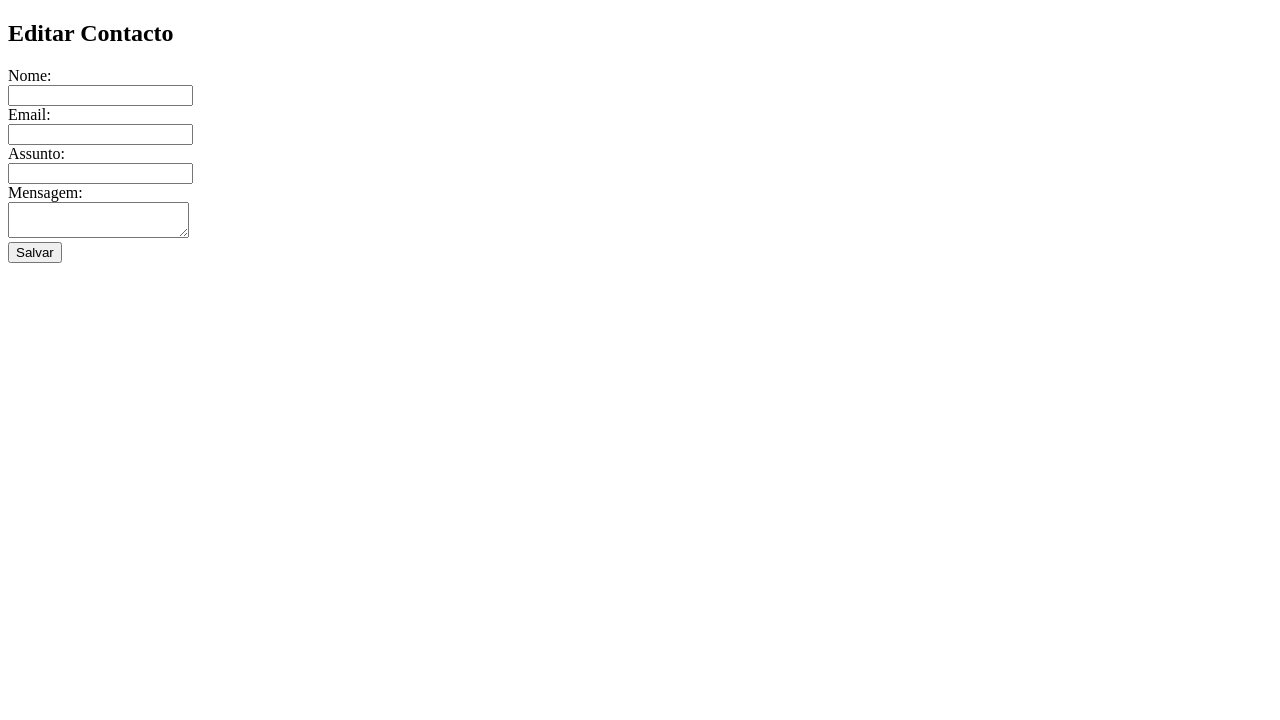
Repository: Sofiampsantos/Portal-de-Jornalismo-Escolar
Page: http://localhost/FormularioContacto/EditarContatoServlet
These files come from the project's save history. The page is drawn as it stood at one moment and after the next save; the edit follows.
The browser window is 1280 px wide. The pictures show the whole page.
The page is served by Tomcat 10.

Above is the page before, as saved 2026-05-23 18:48:35.

After the next save:
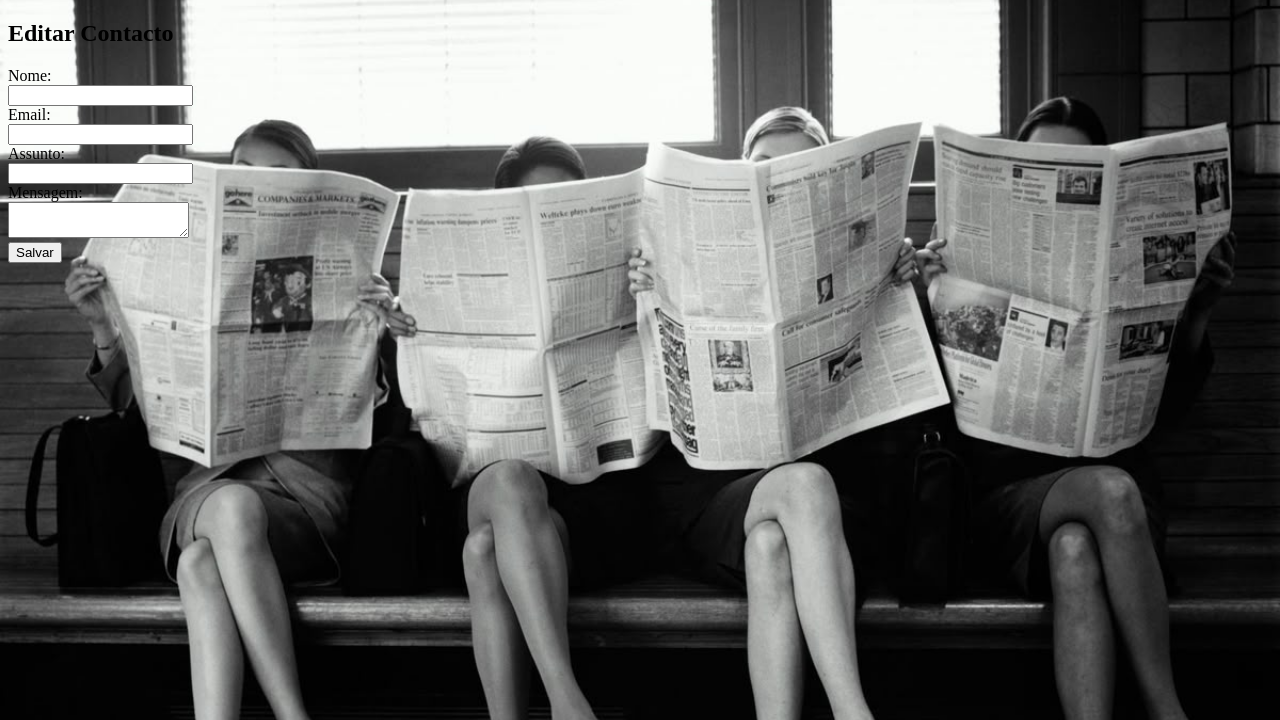
Saved 8 s later.
--- a/ProjetoProgV2/FormularioContacto/src/main/webapp/editar.jsp
+++ b/ProjetoProgV2/FormularioContacto/src/main/webapp/editar.jsp
@@ -13,7 +13,7 @@
 
 </head>
 
-<body>
+<body style="background-image: url('${pageContext.request.contextPath}/img/jornmulheres.jpg'); background-size: cover; background-repeat: no-repeat; background-attachment: fixed; background-position: center;">
 
 
 	<h2>Editar Contacto</h2>
